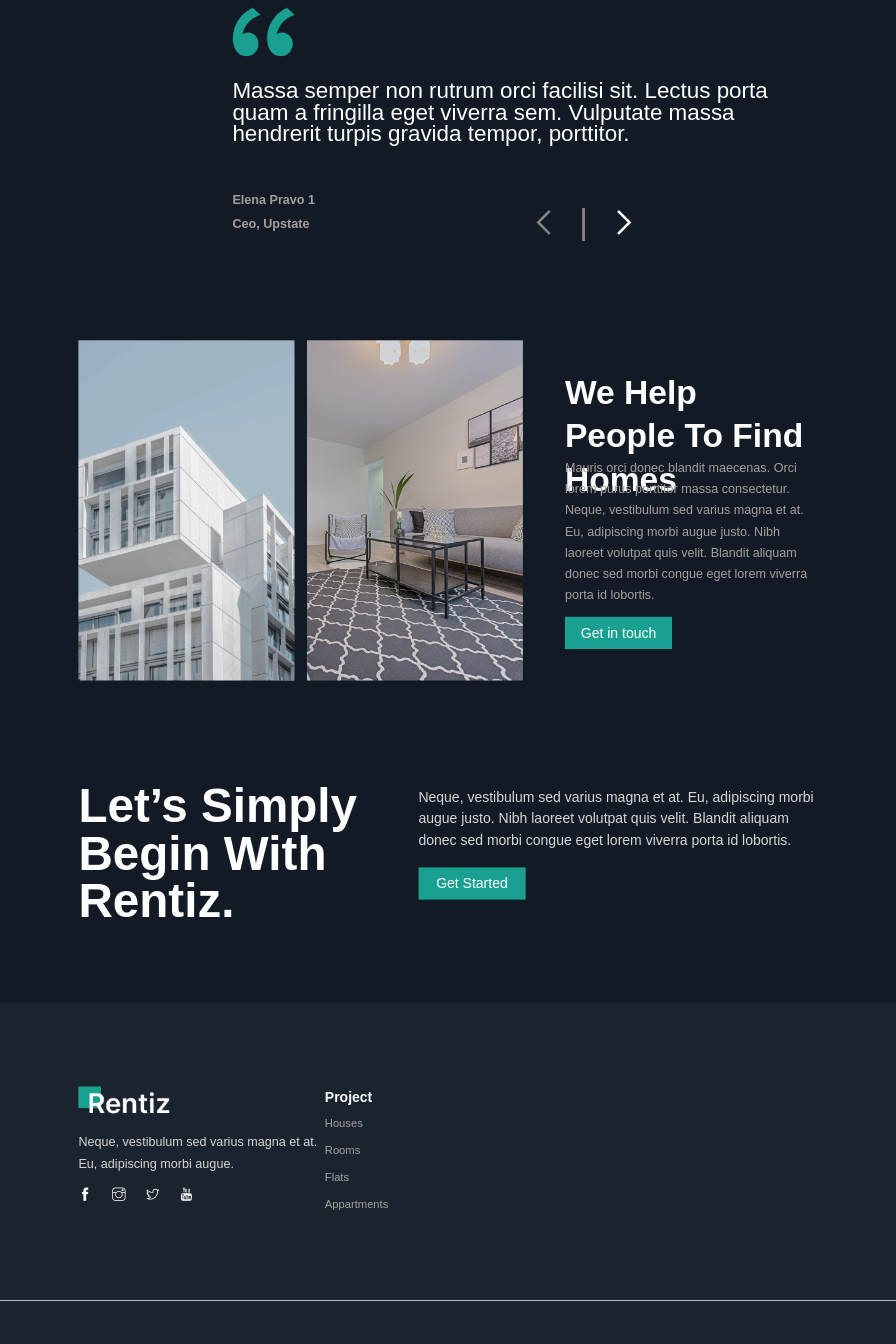
Repository: tung1233hhhhhhhhhhhhh/WebClone-Home
Page: index.html
These files come from the project's save history. The page is drawn as it stood at one moment and after the next save; the edit follows.
The browser window is 1280 px wide. The pictures show the part of the page from y = 2733 to 4653 px (the page is 4653 px tall), at 70% of full size.

Above is the page before, as saved 2023-05-27 21:06:16.

After the next save:
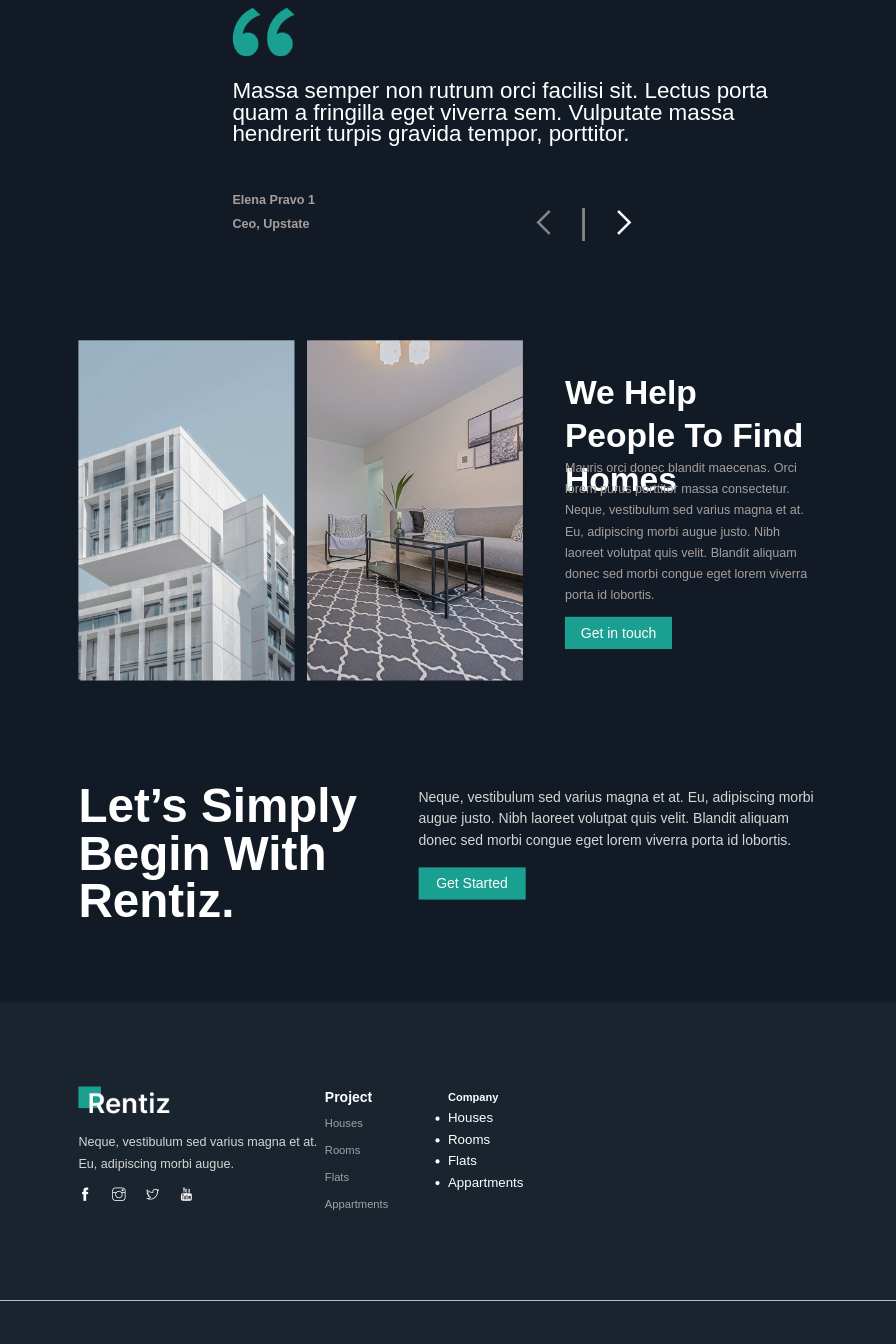
Saved 56 s later.
--- a/index.html
+++ b/index.html
@@ -543,7 +543,15 @@
                         <li>Appartments</li>
                     </ul>
                 </div>
-                <div class="row row3"></div>
+                <div class="row row3">
+                    <h5>Company</h5>
+                    <ul>
+                        <li>Houses</li>
+                        <li>Rooms</li>
+                        <li>Flats</li>
+                        <li>Appartments</li>
+                    </ul>
+                </div>
                 <div class="row row4"></div>
                 <div class="row row5"></div>
             </div>
